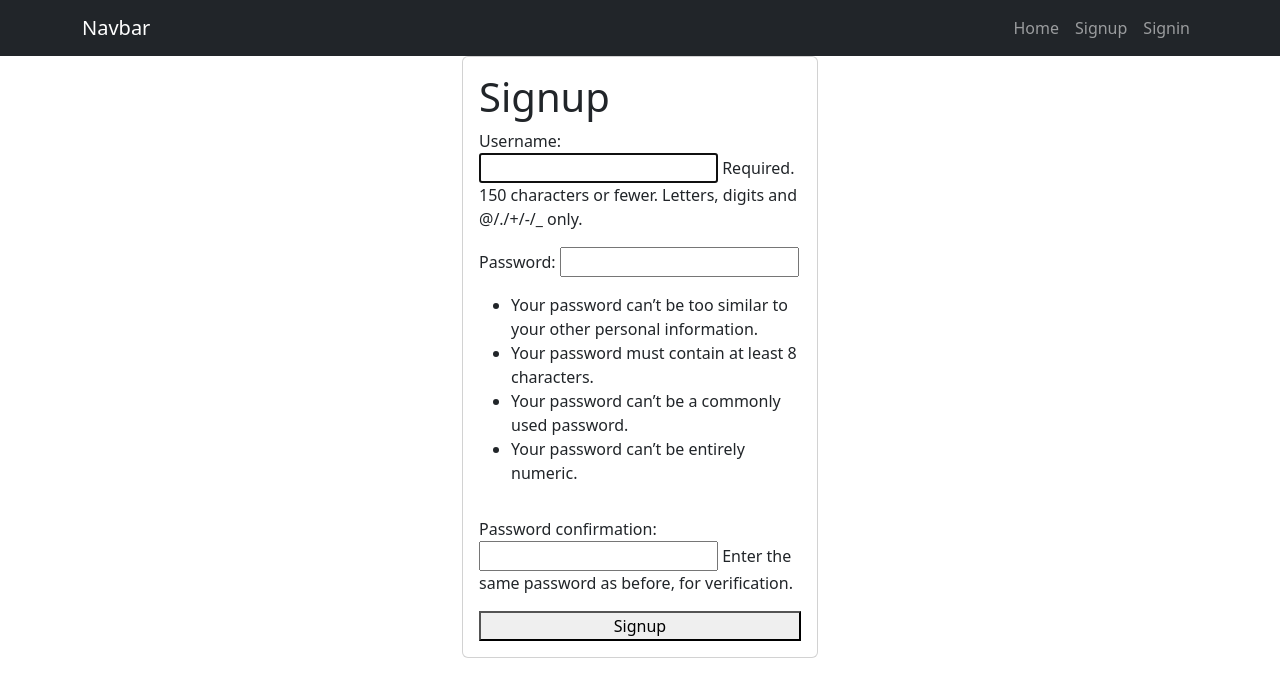
Repository: dbettancourt/django-auth-crud
Page: http://localhost/signup/
An editor plug-in stored every save of this project. The page is shown before and after the next save, followed by the edit.
The browser window is 1280 px wide. The pictures show the whole page.
The page is served by the project's application, run on Django 4.2 (manage.py). Other server files are loaded and not shown.

Above is the page before, as saved 2023-06-06 10:45:00.

### tasks/templates/signup.html
{% extends 'base.html' %}

{% block content %}

<main class="container">
    <div class="row">
        <div class="col-md-4 offset-md-4" >
            <form method="POST" class="card card-body">
                <h1>Signup</h1>

                {{error}}

                {% csrf_token %}
                {{form.as_p}}

                <button>
                    Signup
                </button>
            </forrm>
        </div>

    </div>
</main>

{% endblock %}

### tasks/templates/base.html
<!DOCTYPE html>
<!--[if lt IE 7]>      <html class="no-js lt-ie9 lt-ie8 lt-ie7"> <![endif]-->
<!--[if IE 7]>         <html class="no-js lt-ie9 lt-ie8"> <![endif]-->
<!--[if IE 8]>         <html class="no-js lt-ie9"> <![endif]-->
<!--[if gt IE 8]>      <html class="no-js"> <!--<![endif]-->
<html>
    <head>
        <meta charset="utf-8">
        <meta http-equiv="X-UA-Compatible" content="IE=edge">
        <title>Pagina Base Django</title>
        <meta name="description" content="">
        <meta name="viewport" content="width=device-width, initial-scale=1">
        <link rel="stylesheet" href="">
        <link rel="stylesheet" href="https://cdn.jsdelivr.net/npm/bootstrap@5.3.0/dist/css/bootstrap.min.css">
       <link rel="stylesheet" href="https://cdn.jsdelivr.net/npm/bootstrap-icons@1.5.0/font/bootstrap-icons.css">

    </head>
    <body>
        <!--[if lt IE 7]>
            <p class="browsehappy">You are using an <strong>outdated</strong> browser. Please <a href="#">upgrade your browser</a> to improve your experience.</p>
        <![endif]-->
        <nav class="navbar navbar-expand-lg bg-dark navbar-dark">
            <div class="container">
              <a class="navbar-brand" href="#">Navbar</a>
              <button class="navbar-toggler" type="button" data-bs-toggle="collapse" data-bs-target="#navbarNav" aria-controls="navbarNav" aria-expanded="false" aria-label="Toggle navigation">
                <span class="navbar-toggler-icon"></span>
              </button>
              <div class="collapse navbar-collapse" id="navbarNav">
                <ul class="navbar-nav ms-auto">
                    <li class="nav-item">
                        <a href="/"  class="nav-link">Home</a>
                    </li>
                    {% if user.is_authenticated %}
                    <li class="nav-item">
                        <a href="/tasks"  class="nav-link">Tasks Pending</a>
                    </li>
                    <li class="nav-item">
                        <a href="/tasks_completed"  class="nav-link">Tasks Completed</a>
                    </li>
                    <li class="nav-item">
                        <a href="/tasks/create"  class="nav-link">Create task</a>
                    </li>

                    <li class="nav-item">
                        <a href="/logout"  class="nav-link">Logout</a>
                    </li>
                    {% else %}
                    <li class="nav-item">
                        <a href="/signup"  class="nav-link">Signup</a>
                    </li>
                    <li class="nav-item">
                        <a href="/signin"  class="nav-link">Signin</a>
                    </li>
                    {% endif %}
                </ul>
              </div>
            </div>
          </nav>

        <script src="" async defer></script>

        {% block content %}
        {% endblock %}

    </body>
</html>

### tasks/views.py
from django.shortcuts import render, redirect, get_object_or_404
from django.contrib.auth.forms import UserCreationForm, AuthenticationForm
from django.contrib.auth.models import User
from django.contrib.auth import login, logout, authenticate
from django.db import IntegrityError
from .forms import TaskForm
from .models import Task
from django.utils import timezone
from django.contrib.auth.decorators import login_required



# Create your views here.
def home(request):
    return render(request, 'home.html')

def signup(request):

    if request.method == 'GET':
         return render(request, 'signup.html',{
        'form': UserCreationForm
    })

    else:
        if request.POST['password1'] == request.POST['password2']:
            try:
                user = User.objects.create_user(username=request.POST['username'], password=request.POST['password1'])
                user.save()
                login(request, user)
                return redirect ('tasks')
            except IntegrityError:
                return render(request, 'signup.html',{
                    'form': UserCreationForm,
                    'error': 'El usuario ya existe'
                    })
        return render(request, 'signup.html', {
            'form': UserCreationForm,
            'error': 'Las contraseñas no coinciden'
            })

@login_required
def tasks(request):
    tasks = Task.objects.filter(user=request.user, datecompleted__isnull=True)
    return render(request, 'tasks.html', {'tasks': tasks})

@login_required
def tasks_completed(request):
    tasks = Task.objects.filter(user=request.user, datecompleted__isnull=False).order_by ('-datecompleted')
    return render(request, 'tasks.html', {'tasks': tasks})

@login_required
def create_task(request):

    if request.method == 'GET':
        return render(request, 'create_task.html', {
            'form': TaskForm
        })
    else:
        try:
            form = TaskForm(request.POST)
            new_task = form.save(commit=False)
            new_task.user = request.user
            new_task.save()
            return redirect('tasks')
        except ValueError:
            return render(request, 'create_task.html', {
                'form': TaskForm,
                'error': 'Por favor ingresar datos validos'
             })

@login_required
def task_detail(request, task_id):
    if request.method == 'GET':
        task = get_object_or_404(Task, pk=task_id, user=request.user)
        form = TaskForm(instance=task)
        return render(request, 'task_detail.html', {'task': task, 'form': form})
    else:
        try:
            task = get_object_or_404(Task, pk=task_id, user=request.user)
            form = TaskForm(request.POST, instance=task)
            form.save()
            return redirect('tasks')
        except ValueError:
            return render(request, 'task_detail.html', {'task': task, 'form': form, 'error': "Error al actualizar"})

@login_required
def complete_task(request, task_id):
    task = get_object_or_404(Task, pk=task_id, user=request.user)
    if request.method == 'POST':
        task.datecompleted = timezone.now()
        task.save()
        return redirect('tasks')

@login_required
def delete_task(request, task_id):
    task = get_object_or_404(Task, pk=task_id, user=request.user)
    if request.method == 'POST':
        task.datecompleted = timezone.now()
        task.delete()
        return redirect('tasks')

@login_required
def signout(request):
    logout(request)
    return redirect('home')

def signin(request):
    if request.method=='GET':
        return render(request, 'signin.html', {
            'form': AuthenticationForm
        })
    else:
        user = authenticate(
            request, username=request.POST['username'], password=request.POST['password'])

        if user is None:
            return render(request, 'signin.html', {
                'form': AuthenticationForm,
                'error': 'Usuario o password es incorrecta'
            })
        else:
            login(request, user)
            return redirect('tasks')

### djangocrud/urls.py
"""
URL configuration for djangocrud project.

The `urlpatterns` list routes URLs to views. For more information please see:
    https://docs.djangoproject.com/en/4.2/topics/http/urls/
Examples:
Function views
    1. Add an import:  from my_app import views
    2. Add a URL to urlpatterns:  path('', views.home, name='home')
Class-based views
    1. Add an import:  from other_app.views import Home
    2. Add a URL to urlpatterns:  path('', Home.as_view(), name='home')
Including another URLconf
    1. Import the include() function: from django.urls import include, path
    2. Add a URL to urlpatterns:  path('blog/', include('blog.urls'))
"""
from django.contrib import admin
from django.urls import path
from tasks import views

urlpatterns = [
    path('admin/', admin.site.urls),
    path('', views.home, name='home'),
    path('signup/', views.signup, name='signup'),
    path('tasks/', views.tasks, name='tasks'),
    path('tasks_completed/', views.tasks_completed, name='_completed'),
    path('tasks/create/', views.create_task, name='create_tasks'),
    path('tasks/<int:task_id>/', views.task_detail, name='task_detail'),
    path('tasks/<int:task_id>/complete', views.complete_task, name='complete_task'),
    path('tasks/<int:task_id>/delete', views.delete_task, name='delete_task'),
    path('logout/', views.signout, name='logout'),
    path('signin/', views.signin, name='signin')
]

After the next save:
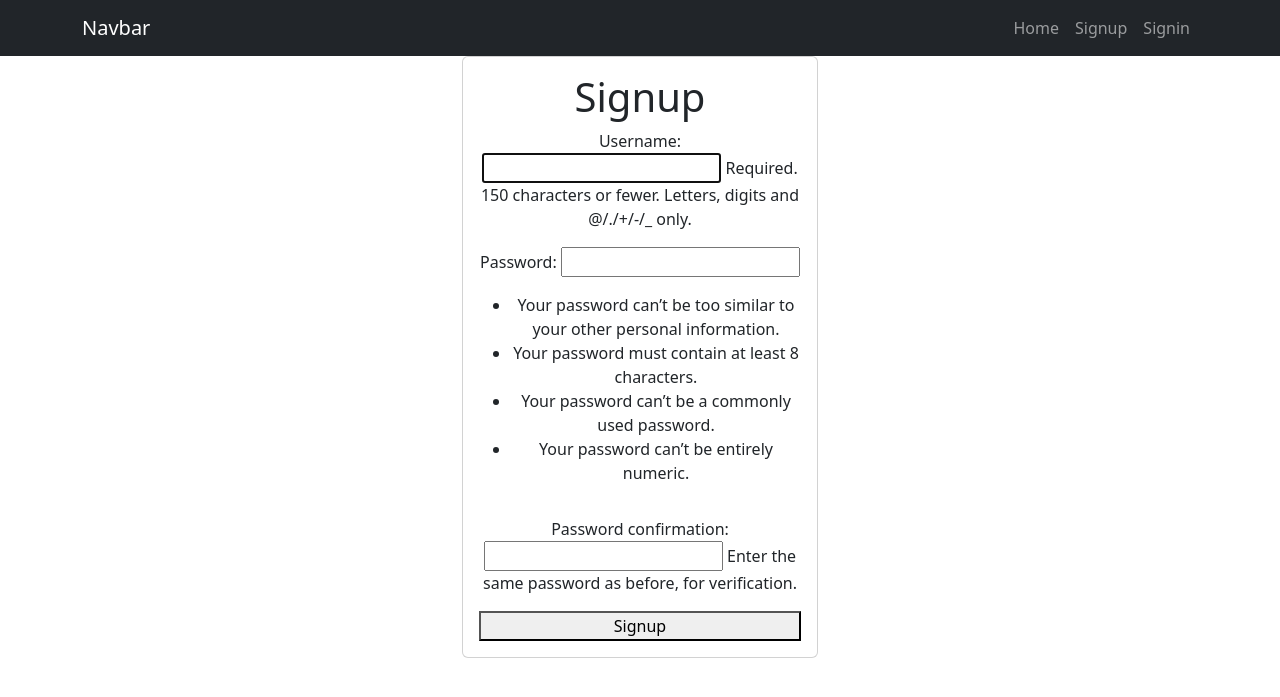
Saved 59 s later.
--- a/tasks/templates/signup.html
+++ b/tasks/templates/signup.html
@@ -5,7 +5,7 @@
 <main class="container">
     <div class="row">
         <div class="col-md-4 offset-md-4" >
-            <form method="POST" class="card card-body">
+            <form method="POST" class="card card-body text-center">
                 <h1>Signup</h1>
 
                 {{error}}
